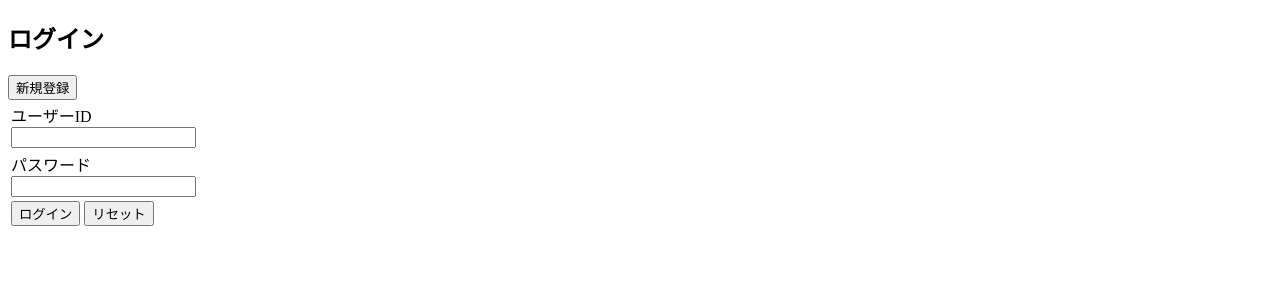
Repository: dojo2023/F-2
Page: http://localhost/f2project/newpwServlet
These files come from the project's save history. The page is drawn as it stood at one moment and after the next save; the edit follows.
The browser window is 1280 px wide. The pictures show the whole page.
The page is served by Tomcat 9. Other server files are loaded and not shown.

Above is the page before, as saved 2023-06-08 05:15:23.

### F2workspace/f2project/WebContent/WEB-INF/jsp/login.jsp
<%@ page language="java" contentType="text/html; charset=UTF-8" pageEncoding="UTF-8"%>
<!doctype html>
<html>
<head>
<meta charset="UTF-8">
<title></title>
</head>
<body>
   <h2>ログイン</h2>
   <form method="POST" action="/simpleBC/LoginServlet">
    <table>
      <tr>
        <td>
          <label>ユーザーID<br>
          <input type="text" name="ID">
          </label>
        </td>
      </tr>

      <tr>
        <td>
          <label>パスワード<br>
          <input type="password" name="PW">
          </label>
        </td>
      </tr>

      <tr>
        <td colspan="2">
          <input type="submit" name="LOGIN" value="ログイン">
          <input type="reset" name="reset" value="リセット">
        <td>
      </tr>

      <tr>
      	<input type="submit" name="user_regist" value="新規登録">
      </tr>
    </table>
  </form>
</body>
</html>

### F2workspace/f2project/src/servlet/newpwServlet.java
package servlet;

import java.io.IOException;

import javax.servlet.RequestDispatcher;
import javax.servlet.ServletException;
import javax.servlet.annotation.WebServlet;
import javax.servlet.http.HttpServlet;
import javax.servlet.http.HttpServletRequest;
import javax.servlet.http.HttpServletResponse;

import dao.PWresetDAO;
import model.Result;

/**
 * Servlet implementation class newpwServlet
 */
@WebServlet("/newpwServlet")
public class newpwServlet extends HttpServlet {
	private static final long serialVersionUID = 1L;

	/**
	 * @see HttpServlet#doPost(HttpServletRequest request, HttpServletResponse response)
	 */

	protected void doGet(HttpServletRequest request, HttpServletResponse response) throws ServletException, IOException {
		// ログインページにフォワードする
		RequestDispatcher dispatcher = request.getRequestDispatcher("/WEB-INF/jsp/login.jsp");
		dispatcher.forward(request, response);
	}

	protected void doPost(HttpServletRequest request, HttpServletResponse response) throws ServletException, IOException {
		request.setCharacterEncoding("UTF-8");
		String pw = request.getParameter("PW");

		PWresetDAO pdao = new PWresetDAO();
		if (pdao.PWupdate(pw)) {
			request.setAttribute("result",
			new Result("パスワード再登録完了画面", "パスワードのリセットに失敗しました。", "/f2project/resetServlet", "新規パスワード入力"));
			response.sendRedirect("/f2project/completionServlet");
		}
		RequestDispatcher dispatcher = request.getRequestDispatcher("/WEB-INF/jsp/completion.jsp");
		dispatcher.forward(request, response);
	}

}

After the next save:
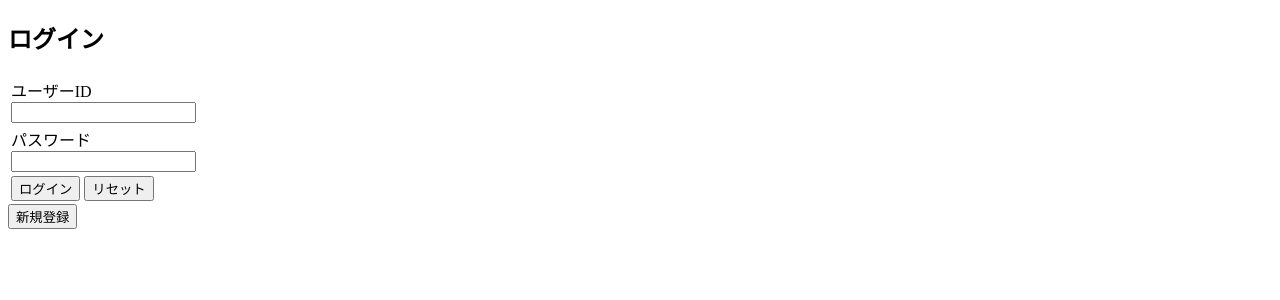
Saved 43 s later.
--- a/F2workspace/f2project/WebContent/WEB-INF/jsp/login.jsp
+++ b/F2workspace/f2project/WebContent/WEB-INF/jsp/login.jsp
@@ -31,11 +31,8 @@
           <input type="reset" name="reset" value="リセット">
         <td>
       </tr>
-
-      <tr>
-      	<input type="submit" name="user_regist" value="新規登録">
-      </tr>
     </table>
+    <input type="submit" name="user_regist" value="新規登録">
   </form>
 </body>
 </html>
